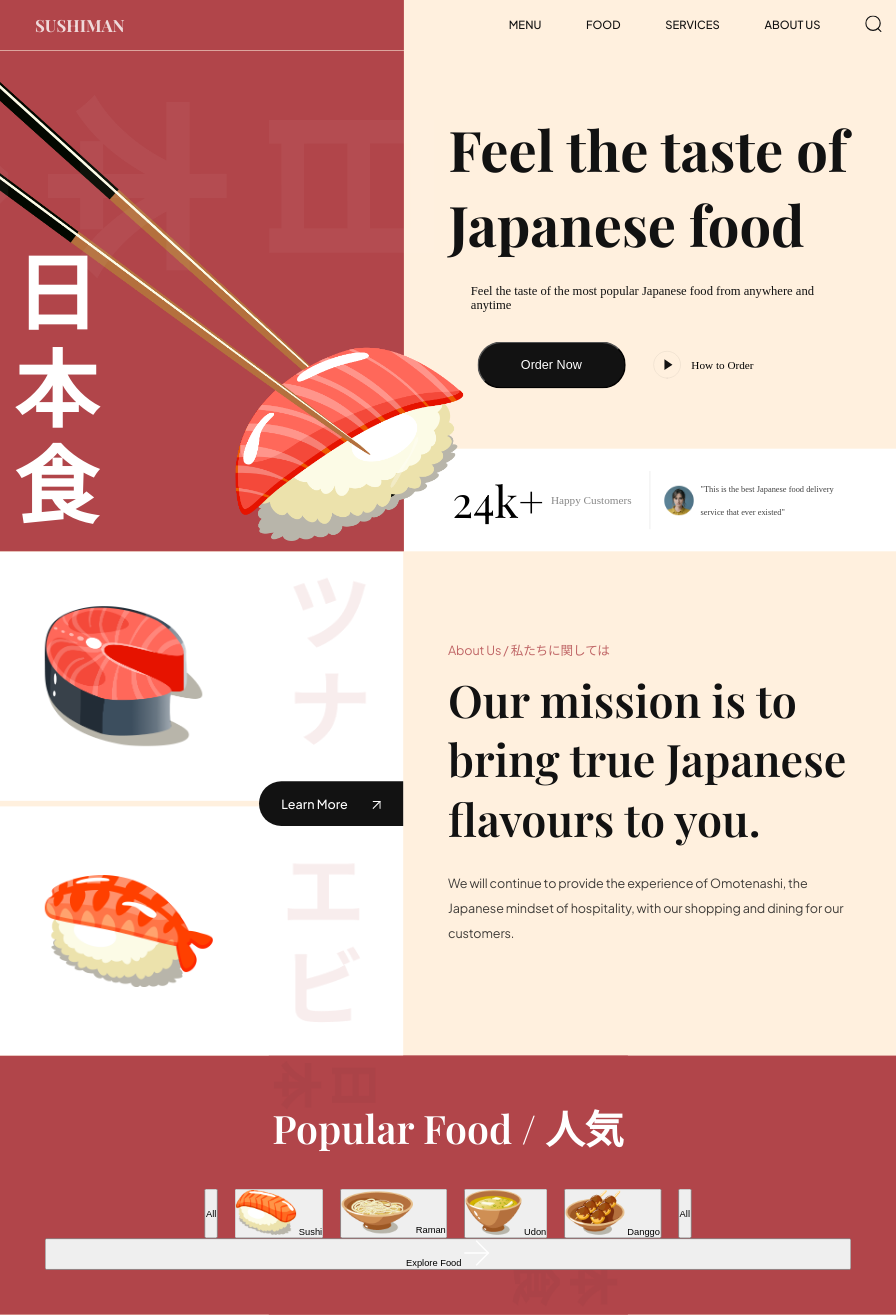
Repository: echoyol/sushiWebsite
Page: index.html
An editor plug-in stored every save of this project. The page is shown before and after the next save, followed by the edit.
The browser window is 1280 px wide. The pictures show the whole page, at 70% of full size.

Above is the page before, as saved 2023-06-04 19:55:58.

### index.html
<!DOCTYPE html>
<html lang="en">
  <head>
    <meta charset="UTF-8" />
    <meta
      http-equiv="X-UA-Compatible"
      content="IE=edge"
    />
    <meta
      name="viewport"
      content="width=device-width, initial-scale=1.0"
    />
    <link
      rel="icon"
      type="image/png"
      href="/public/sushi.png"
    />
    <link
      rel="stylesheet"
      href="/css/style.css"
    />
    <title>Sushiman</title>
  </head>
  <body>
    <header>
      <nav class="header_nav">
        <div class="header__logo">
          <h4>Sushiman</h4>
          <div class="header__logo-overlay"></div>
        </div>
        <ul class="header__menu">
          <li>
            <a href="#menu">Menu</a>
          </li>
          <li>
            <a href="#food">Food</a>
          </li>
          <li>
            <a href="#services">Services</a>
          </li>
          <li>
            <a href="#about-us">About Us</a>
          </li>
          <li>
            <img
              src="assets/search.svg"
              alt="search"
            />
          </li>
        </ul>
        <ul class="header__menu-mobile">
          <li>
            <img
              src="assets/menu.svg"
              alt="menu"
            />
          </li>
        </ul>
      </nav>
    </header>

    <section class="hero">
      <div class="hero-image">
        <img
          src="assets/sushi-1.png"
          alt="sushi"
        />
        <h2>
          日<br />
          本<br />
          食
        </h2>

        <div class="hero-image__overlay"></div>
      </div>

      <div class="hero-content">
        <div class="hero-content-info">
          <h1>Feel the taste of Japanese food</h1>
          <p>
            Feel the taste of the most popular Japanese food from anywhere and
            anytime
          </p>

          <div class="hero-content__buttons">
            <button class="hero-content__order-button">Order Now</button>
            <button class="hero-content__play-button">
              <img
                src="assets/play-circle.svg"
                alt="play"
              />
              How to Order
            </button>
          </div>
        </div>
        <div class="hero-content__testimonial">
          <div class="hero-content__customer flex-center">
            <h4>24<span>k+</span></h4>
            <p>Happy Customers</p>
          </div>

          <div class="hero-content__review">
            <img
              src="assets/user.png"
              alt="user"
            />
            <p>
              "This is the best Japanese food delivery service that ever
              existed"
            </p>
          </div>
        </div>
      </div>
    </section>

    <section
      class="about-us"
      id="about-us"
    >
      <div class="about-us__image">
        <div class="about-us__image-sushi3">
          <img
            src="assets/sushi-3.png"
            alt="sushi"
          />
        </div>

        <button class="about-us__button">
          Learn More

          <img
            src="assets/arrow-up-right.svg"
            alt="learn more"
          />
        </button>

        <div class="about-us__image-sushi2">
          <img
            src="assets/sushi-2.png"
            alt="sushi"
          />
        </div>
      </div>

      <div class="about-us__content">
        <p class="sushi__subtitle">About Us / 私たちに関しては</p>
        <h3 class="sushi__title">
          Our mission is to bring true Japanese flavours to you.
        </h3>
        <p class="sushi__description">
          We will continue to provide the experience of Omotenashi, the Japanese
          mindset of hospitality, with our shopping and dining for our
          customers.
        </p>
      </div>
    </section>

    <section
      class="popular-foods"
      id="menu"
    >
      <h2 class="popular-foods__title">Popular Food / 人気</h2>

      <div class="popular-foods__filters sushi__hide-scrollbar">
        <button class="popular-foods__filter-btn active">All</button>
        <button class="popular-foods__filter-btn">
          <img
            src="assets/sushi-9.png"
            alt="sushi 9"
          />
          Sushi
        </button>
        <button class="popular-foods__filter-btn">
          <img
            src="assets/sushi-8.png"
            alt="sushi 8"
          />
          Raman
        </button>
        <button class="popular-foods__filter-btn">
          <img
            src="assets/sushi-7.png"
            alt="sushi 7"
          />
          Udon
        </button>
        <button class="popular-foods__filter-btn">
          <img
            src="assets/sushi-6.png"
            alt="sushi 6"
          />
          Danggo
        </button>
        <button class="popular-foods__filter-btn active">All</button>
      </div>

      <div class="popular-foods__catalogue"></div>

      <button class="popular-foods__button">
        Explore Food
        <img
          src="assets/arrow-right.svg"
          alt="arrow-right"
        />
      </button>
    </section>
    <script
      src="js/script.js"
      type="module"
    ></script>
  </body>
</html>

### css/style.css
@import url('https://fonts.googleapis.com/css2?family=Playfair+Display:wght@400;500;600;700;800;900&display=swap');
@import url('https://fonts.googleapis.com/css2?family=Plus+Jakarta+Sans:wght@200;300;400;500;600;700;800&display=swap');

/* other css file imports */
@import url('sections/header.css');
@import url('sections/hero.css');
@import url('sections/about.css');
@import url('sections/popular.css');
@import url('sections/trending.css');
@import url('sections/subscribe.css');
@import url('sections/footer.css');

/* CSS variables for reusablity across all files (including above imported) */
:root {
  --playfair-display: 'Playfair Display', serif;
  --plus-jakarta-sans: 'Plus Jakarta Sans', sans-serif;

  --primary-color: #b1454a;
  --secondary-color: #121212;

  --black-200: #020202;
  --black-300: #333333;
  --black-400: #1f1e31;
  --black-500: #555555;
  --gray-100: #888888;

  --color-white: #fff;
  --color-creamson: #fff0de;
}

* {
  margin: 0;
  padding: 0;
  box-sizing: border-box;
  scroll-behavior: smooth;
}

body {
  max-width: 1280px;
  margin: 0 auto;
  background-color: var(--color-creamson);
}

a {
  text-decoration: none;
  color: inherit;
}

.flex-center {
  display: flex;
  justify-content: center;
  align-items: center;
}

.flex-between {
  display: flex;
  justify-content: space-between;
  align-items: center;
}

.sushi__subtitle {
  font-size: 18px;
  font-weight: 400;
  font-family: var(--plus-jakarta-sans);

  color: var(--primary-color);
  opacity: 0.8;

  letter-spacing: -0.01em;
}

.sushi__title {
  font-size: 64px;
  font-weight: 600;
  font-family: var(--playfair-display);

  color: var(--secondary-color);

  margin-top: 16px;
}

.sushi__description {
  font-size: 18px;
  font-weight: 400;
  font-family: var(--plus-jakarta-sans);

  line-height: 36px;
  letter-spacing: -0.01em;

  color: var(--secondary-color);
  opacity: 0.8;

  margin: 32px 0px;
}

/* Hide scrollbar for Chrome, Safari and Opera */
.sushi__hide-scrollbar::-webkit-scrollbar {
  display: none;
}

/* Hide scrollbar for IE, Edge and Firefox */
.sushi__hide-scrollbar {
  -ms-overflow-style: none; /* IE and Edge */
  scrollbar-width: none; /* Firefox */
}

/* START: about us media queries */
@media screen and (max-width: 1024px) {
  .about-us {
    flex-direction: column;
  }

  .about-us__image {
    flex-direction: row;
  }

  .about-us__image-sushi3 {
    border-bottom: none;
    border-right: 8px solid var(--color-creamson);
  }

  .about-us__button {
    display: none;
  }
}

@media screen and (max-width: 750px) {
  .about-us__image {
    flex-direction: column;
  }

  .about-us__image-sushi3 {
    border-bottom: 8px solid var(--color-creamson);
    border-right: none;
  }

  .about-us__button {
    display: block;
    top: 47%;
  }
}

@media screen and (max-width: 550px) {
  .about-us__image-sushi2 img,
  .about-us__image-sushi3 img {
    width: 50%;
    height: 160px;

    object-fit: contain;
  }

  .about-us__image div {
    padding: 32px;
  }

  .about-us__button {
    top: 44%;
  }

  .about-us__content {
    padding: 32px;
  }
}
/* END: about us media queries */

/* START: header media querie */
@media screen and (max-width: 900px) {
  .header__nav {
    background: var(--primary-color);
  }

  .header__menu {
    display: none;
  }

  .header__menu-mobile {
    display: flex;
  }
}

@media screen and (max-width: 550px) {
  .header__logo {
    padding-left: 0;
  }
}
/* END: header media queries */

/* START: hero media queries */
@media screen and (max-width: 1060px) {
  .hero {
    flex-direction: column;
  }

  .hero-image img {
    width: 100%;

    transform: matrix(1, 0.05, 0, 1.25, 0, 0) !important;
  }
}

@media screen and (max-width: 750px) {
  .hero-image h2 {
    font-size: 70px;
    line-height: 90px;
  }
}

@media screen and (max-width: 550px) {
  .hero-image h2 {
    font-size: 40px;
    line-height: 60px;
  }

  .hero-content-info {
    padding: 32px;
  }

  .hero-content-info h1 {
    font-size: 60px;
  }

  .hero-content-info p {
    margin: 32px 0;
  }

  .hero-content__buttons {
    margin: 41px 0;
  }

  .hero-content__testimonial {
    padding: 32px;
  }
}
/* END: hero media queries */

/* START: popular media queries */
@media screen and (max-width: 550px) {
  .popular-foods {
    padding: 64px 32px;
  }

  .popular-foods__card,
  .popular-foods__card.active-card {
    min-width: 100%;
  }
}
/* END: popular media queries */

/* START: subscribe media queries */
@media screen and (max-width: 550px) {
  .subscription {
    padding: 64px 32px;
  }

  .subscription h2 {
    font-size: 68px;
    line-height: 100px;
  }

  .subscription__form {
    flex-direction: column;
    gap: 20px;

    min-width: 100%;
    border-radius: 20px;
    padding: 0;

    border: none;
  }

  .subscription__form input {
    min-height: 50px;

    border: 1px solid rgba(255, 255, 255, 0.5);
    padding: 10px 20px;
    border-radius: 30px;
  }

  .subscription__form button {
    min-width: 100%;
  }
}
/* END: subscribe media queries */

/* START: trending media queries */
@media screen and (max-width: 1024px) {
  .trending-sushi {
    flex-direction: column;
  }

  .trending-drink {
    flex-direction: column-reverse;
  }

  .trending__image {
    width: 100%;
    background-size: cover;
  }

  .trending__discover {
    display: none;
  }

  .trending__arrow {
    display: none;
  }
}

@media screen and (max-width: 550px) {
  .trending__image img {
    width: 70%;
    height: 70%;
  }

  .trending__content {
    padding: 32px;
  }
}
/* END: trending media queries */

### js/script.js
// import AOS from 'aos'
// import 'aos/dist/aos.css'

// // init AOS animation
// AOS.init({
//   duration: 1000,
//   offset: 100,
// })

### css/sections/header.css
.header_nav {
  display: flex;
  overflow: hidden;
}

.header__logo {
  flex: 1;
  display: flex;
  position: relative;
  padding: 20px;
}

.header__logo-overlay {
  position: absolute;
  inset: 0;
  width: 100%;
  background-color: var(--primary-color);
  z-index: -1;
}

.header__logo h4 {
  padding-left: 30px;
  font-weight: 700;
  font-size: 24px;
  text-transform: uppercase;
  font-family: var(--playfair-display);
  color: #fff;
  opacity: 0.8;
}

.header__menu,
.header__menu-mobile {
  padding: 20px;
  flex: 1.236;
  display: flex;
  align-items: center;
  justify-content: flex-end;
  gap: 64px;

  list-style: none;
}

.header__menu li {
  font-weight: 500;
  font-family: var(--plus-jakarta-sans);
  color: var(--secondary-color);
  font-size: 16px;
  text-transform: uppercase;
  line-height: 20px;
  cursor: pointer;
}

.header__menu li img {
  width: 24px;
  height: 24px;
  object-fit: contain;
}

.header__menu-mobile {
  display: none;
  gap: 20px;
  position: relative;
}

### css/sections/hero.css
.hero {
  display: flex;
  min-height: calc(100vh-74px);
  overflow: hidden;
}

.hero-image {
  flex: 1;
  display: flex;
  flex-direction: column;
  position: relative;
  z-index: 5;
}

.hero-image img {
  width: 120%;
  height: 100%;
  object-fit: contain;
}

.hero-image__overlay {
  position: absolute;
  inset: 0;
  width: 100%;
  background-color: var(--primary-color);
  z-index: -1;
}

.hero-image h2 {
  position: absolute;
  bottom: 0;
  padding: 20px;
  font-family: var(--playfair-diaplay);
  font-weight: 700;
  font-size: 120px;
  line-height: 138px;
  color: #fff;
}

.hero-content {
  flex: 1.22;
  display: flex;
  justify-content: space-between;
  flex-direction: column;
}

.hero-content-info {
  padding: 64px;
  flex: 1;
  display: flex;
  justify-content: center;
  flex-direction: column;
}

.hero-content-info h1 {
  font-size: 80px;
  font-weight: 600px;
  font-family: var(--playfair-display);
  color: var(--secondary-color);
}

.hero-content-info p {
  margin: 32px 0 0 32px;
  font-family: var(--plus-jakarta-sana);
  color: var(--secondary-color);
  font-size: 18px;
  font-weight: 400;
}

.hero-content__buttons {
  margin: 41px 0 0 41px;
  display: flex;
  flex-wrap: wrap;
  gap: 36px;
}

.hero-content__order-button {
  padding: 20px;
  border-radius: 36px;
  min-width: 212px;
  outline: none;
  background-color: var(--secondary-color);
  cursor: pointer;
  color: #fff;
  font-weight: 500;
  font-size: 18px;
  line-height: 23px;
}

.hero-content__play-button {
  border: none;
  outline: none;
  background: transparent;

  display: flex;
  align-items: center;

  font-size: 16px;
  line-height: 19px;
  color: var(--black-200);
  font-family: var(--plus-jakarta-sana);

  cursor: pointer;
}

.hero-content__play-button img {
  margin-right: 12px;

  width: 46px;
  height: 46px;
  object-fit: contain;
}

.hero-content__testimonial {
  padding: 32px 64px;

  display: flex;
  flex-wrap: wrap;
  gap: 20px;

  background: var(--color-white);
}

.hero-content__customer {
  flex: 1;
  gap: 10px;
}

.hero-content__customer h4 {
  font-size: 62px;
  font-weight: 400;
  font-family: var(--playfair-display);
}

.hero-content__customer p {
  font-size: 16px;
  font-weight: 400;
  font-family: var(--plus-jakarta-sana);
  color: var(--secondary-color);
  opacity: 0.5;
}

.hero-content__review {
  flex: 1;
  display: flex;
  align-items: center;
  gap: 10px;

  padding-left: 20px;
  border-left: 1px solid rgba(2, 2, 2, 0.1);
  min-width: 200px;
}
.hero-content__review img {
  width: 42px;
  height: 42px;
  object-fit: contain;
}

.hero-content__review p {
  font-size: 12px;
  font-weight: 400;
  line-height: 32px;
  font-family: var(--plus-jakarta-sana);
  color: var(--secondary-color);
  opacity: 0.8;
}

### css/sections/about.css
.about-us {
  display: flex;
  min-height: 720px;
  overflow: hidden;
}

.about-us__image {
  flex: 1;
  display: flex;
  flex-direction: column;
  justify-content: center;

  background: var(--color-white);

  position: relative;
}

.about-us__image div {
  padding: 32px 64px;

  flex: 1;
  display: flex;
  align-items: center;

  background-position: center;
  background-repeat: no-repeat;
  background-size: contain;
}

.about-us__image-sushi3 {
  border-bottom: 8px solid var(--color-creamson);

  background-image: url('../../assets/about_bg1.png');
}

.about-us__image-sushi2 {
  background-image: url('../../assets/about_bg2.png');
}

.about-us__image-sushi3 img {
  width: 225px;
  height: 200px;
}

.about-us__image-sushi2 img {
  width: 240px;
  height: 160px;
}

.about-us__button {
  position: absolute;
  right: 0;

  padding: 12px 32px;
  min-height: 64px;

  background: var(--secondary-color);
  border-radius: 32px 0 0 32px;
  border: 0;
  outline: 0;

  color: #fff;
  font-family: var(--plus-jakarta-sans);
  font-weight: 500;
  font-size: 18px;
  line-height: 23px;
  cursor: pointer;
}

.about-us__button img {
  object-fit: contain;
  margin-left: 32px;
}

.about-us__content {
  padding: 64px;

  flex: 1;
  display: flex;
  justify-content: center;
  flex-direction: column;
}

### css/sections/popular.css
.popular-foods {
  padding: 64px;

  display: flex;
  flex-direction: column;

  background-color: var(--primary-color);
  background-image: url('../../assets/popular_bg.png');
  background-position: center;
  background-repeat: no-repeat;
  background-size: contain;

  overflow: hidden;
}

.popular-foods__title {
  font-size: 56px;
  font-family: var(--playfair-display);
  font-weight: 600;
  line-height: 78px;
  color: #fff;
  text-align: center;
}

.popular-foods__filters {
  margin-top: 48px;
  max-width: 100%;
  overflow-x: auto;

  display: flex;
  justify-content: center;
  gap: 24px;
}

.popular-foods__filters-btn {
  padding: 10px 28px;

  display: flex;
  flex-direction: row;
  align-items: center;
  gap: 10px;
}

Loaded but not shown: css/sections/trending.css (no stored copy; drawn as an empty file); css/sections/subscribe.css (no stored copy; drawn as an empty file); css/sections/footer.css (no stored copy; drawn as an empty file)

After the next save:
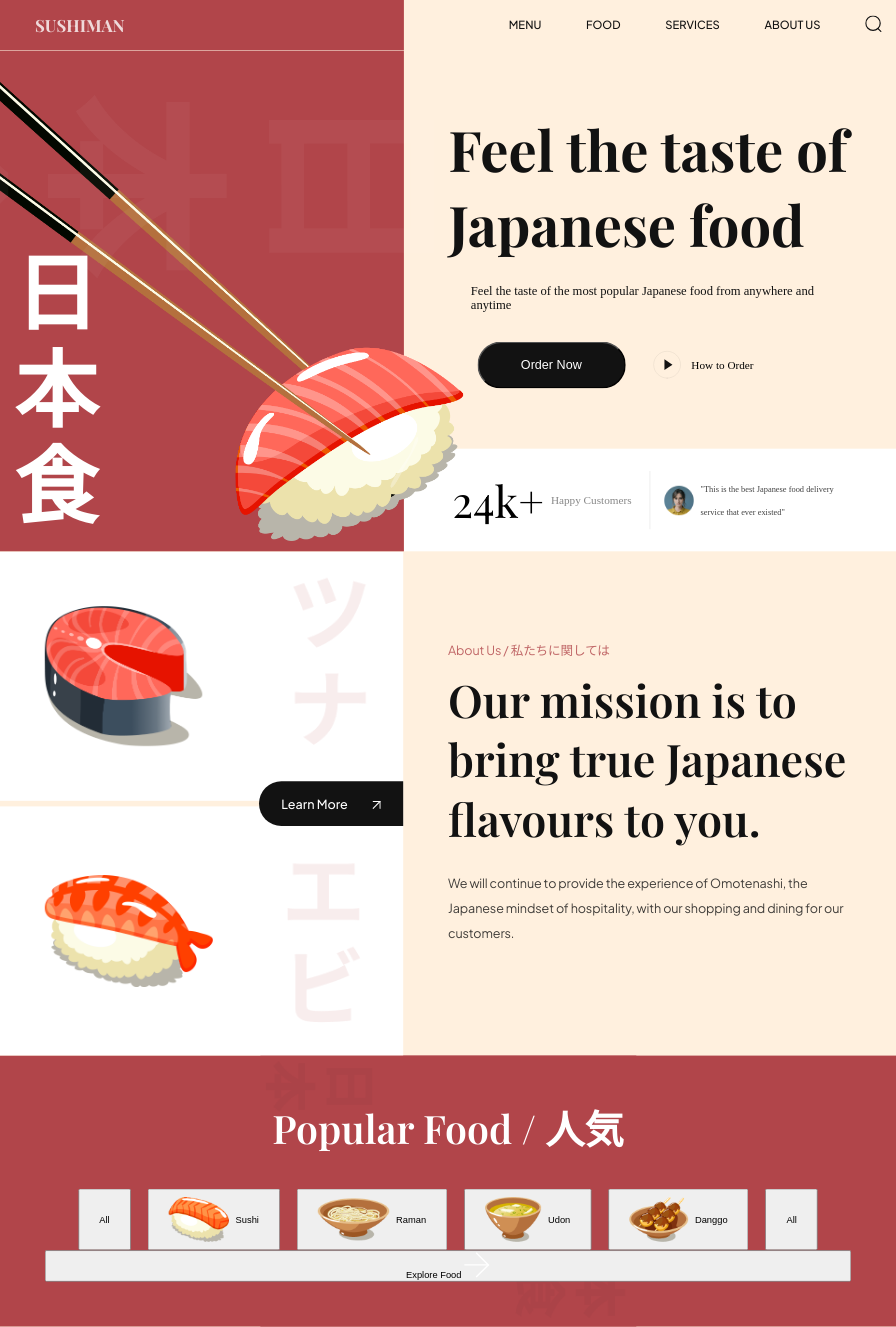
Saved 17 s later.
--- a/css/sections/popular.css
+++ b/css/sections/popular.css
@@ -32,7 +32,7 @@
   gap: 24px;
 }
 
-.popular-foods__filters-btn {
+.popular-foods__filter-btn {
   padding: 10px 28px;
 
   display: flex;
